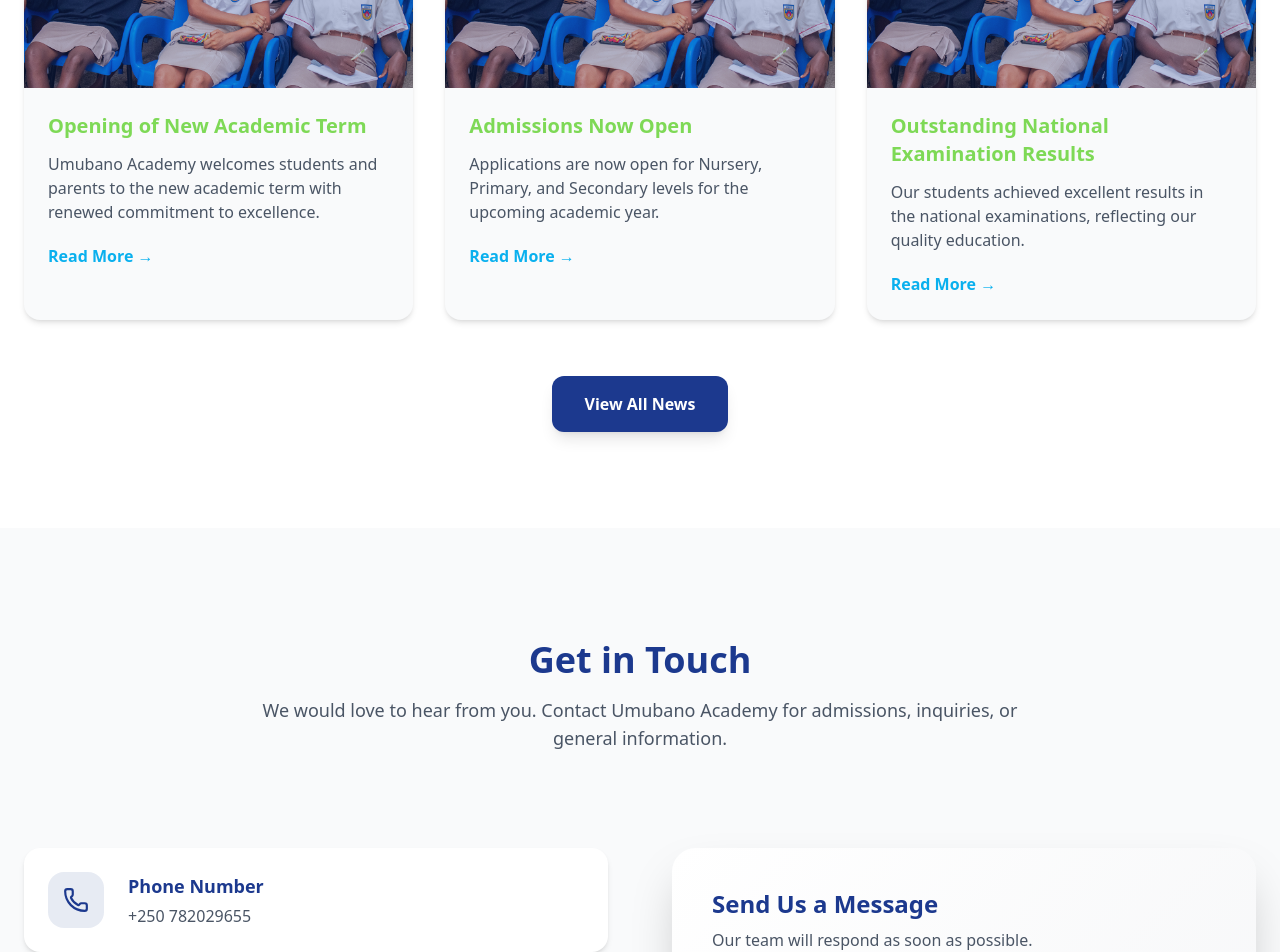
Repository: Umubano-Academy/umubano-academy-website
Page: /
The author's editor kept a copy of each file at every save. The page is drawn from the files as they stood at one save, then again after the next save.
The browser window is 1280 px wide. The pictures show the part of the page from y = 2332 to 3284 px (the page is 4935 px tall before and 4911 px after).
The project was rebuilt for these pictures with package versions that can differ from the ones it lists, and the page was loaded fresh each time. Also part of the build but not shown: vite.config.js, src/components/guest/Admission.jsx, src/components/guest/Academic.jsx, src/components/guest/About.jsx, src/components/admin/sidebar/data/menuData.js, src/components/admin/sidebar/SideBar.jsx, src/components/admin/Header/Header.jsx, src/components/admin/LayOut.jsx and 3 more.

Above is the page before, as saved 2026-01-13 19:03:43.

### index.html
<!doctype html>
<html lang="en">
  <head>
    <meta charset="UTF-8" />
    <!-- <link rel="icon" type="image/svg+xml" href="/vite.svg" /> -->
    <meta name="viewport" content="width=device-width, initial-scale=1.0" />
    <title>umubano-academy</title>
  </head>
  <body>
    <div id="root"></div>
    <script type="module" src="/src/main.jsx"></script>
  </body>
</html>

### src/App.jsx
import React from 'react'
import { BrowserRouter, Route, Routes } from 'react-router-dom'
import NavBar from './components/guest/NavBar'
import Hero from './components/guest/Hero'
import Event from './components/guest/Event'
import News from './components/guest/News'
import Layout from './components/guest/Layout'
import Home from './components/guest/Home'
import Admission from './components/guest/Admission'
import Academic from './components/guest/Academic'
import About from './components/guest/About'
import LayOut from './components/admin/LayOut'
import Dashboard from './components/admin/pages/Dashboard'
import Login from './components/guest/forms/Login'
import ResetPassword from './components/guest/forms/ResetPassword'


function App() {
  return (
    <BrowserRouter>

    <Routes>
      <Route path='/' element={<Layout />}>
      <Route index element={<Home />} />
      <Route path='/admission' element={<Admission />} />
      <Route path='/academic' element={<Academic />} />
      <Route path='/aboutus' element={<About />} />
      <Route path='/login' element={<Login />} />
      <Route path="/password-reset" element={<ResetPassword />} />
      </Route>

      <Route path='/admin' element={<LayOut />}>
      <Route index element={<Dashboard />} />
      </Route>
    </Routes>
    </BrowserRouter>

  )
}

export default App

### src/components/guest/NavBar.jsx
import React, { useState } from "react"
import { Menu, X, Phone, Mail, GraduationCap } from "lucide-react"
import { motion, AnimatePresence } from "framer-motion"
import logo from "../../assets/UALOGO.png"
import { Link } from "react-router-dom"

function NavBar() {
  const [open, setOpen] = useState(false)

  const navLinks = [
    "Home",
    "About",
    "Academics",
    "Admissions",
    "News",
    "Events",
    "Contact",
  ]

  return (
    <>
      {/* Top Info Bar */}
      <div className="hidden md:flex justify-between items-center px-8 py-2 bg-[#FFDE59] text-white text-sm">
        <div className="flex items-center gap-4">
          <span className="flex items-center gap-1 text-xl text-[#0AB0EE] font-medium">
            <Phone size={18} /> +250 782029655
          </span>
          <span className="flex text-xl items-center gap-1  text-[#0AB0EE] font-medium">
            <Mail size={18} /> info@umubanoacademy.rw
          </span>
        </div>
        <span className=" text-xl  text-[#0AB0EE] font-medium">Excellence in Education</span>
      </div>

      {/* Main Navbar */}
      <header className="sticky top-0 z-50 bg-white/80 backdrop-blur-xl shadow-sm">
        <div className="max-w-7xl mx-auto px-6">
          <div className="flex items-center justify-between h-20">

            {/* Logo */}
            <Link to="/" className="flex items-center gap-3">
              <img src={logo} alt="Umubano Academy Logo" className="w-16 h-16 object-contain" />
              {/* <div className="w-12 h-12 bg-blue-900 text-white flex items-center justify-center rounded-xl">
                <GraduationCap size={28} />
              </div> */}
              <div>
                <h1 className="text-xl font-bold text-blue-900">
                  Umubano Academy
                </h1>
                <p className="text-xs text-gray-500">
                  Knowledge • Discipline • Excellence
                </p>
              </div>
            </Link>

            {/* Desktop Menu */}
            <nav className="hidden lg:flex items-center gap-10">
              {navLinks.map((link) => (
                <a
                  key={link}
                  href={`/${link.toLowerCase()}`}
                  className="relative text-gray-700 font-medium hover:text-blue-900 transition group"
                >
                  {link}
                  <span className="absolute left-0 -bottom-1 w-0 h-0.5 bg-blue-900 transition-all group-hover:w-full"></span>
                </a>
              ))}
            </nav>

            {/* CTA */}
            <div className="hidden lg:flex">
              <a
                href="/login"
                className="bg-[#0AB0EE] text-white px-6 py-3 rounded-xl font-medium shadow-lg hover:shadow-xl transition"
              >
                Sign in
              </a>
            </div>

            {/* Mobile Menu Button */}
            <button
              onClick={() => setOpen(!open)}
              className="lg:hidden text-blue-900"
            >
              {open ? <X size={30} /> : <Menu size={30} />}
            </button>
          </div>
        </div>

        {/* Mobile Menu */}
        <AnimatePresence>
          {open && (
            <motion.div
              initial={{ opacity: 0, y: -20 }}
              animate={{ opacity: 1, y: 0 }}
              exit={{ opacity: 0, y: -20 }}
              transition={{ duration: 0.3 }}
              className="lg:hidden bg-white shadow-xl"
            >
              <div className="flex flex-col px-6 py-6 gap-6">
                {navLinks.map((link) => (
                  <a
                    key={link}
                    href={`/${link.toLowerCase()}`}
                    className="text-lg font-medium text-gray-700 hover:text-blue-900"
                    onClick={() => setOpen(false)}
                  >
                    {link}
                  </a>
                ))}

                <Link to="login"

                  className="mt-4 text-center bg-blue-900 text-white py-3 rounded-xl font-medium"
                >
                  Login
                </Link>
              </div>
            </motion.div>
          )}
        </AnimatePresence>
      </header>
    </>
  )
}

export default NavBar

### src/components/guest/Hero.jsx
import React from "react"
import { motion } from "framer-motion"
import heroImage from "../../assets/umubano.jpg"

function Hero() {
  return (
    <section
      className="relative h-screen flex items-center"
      style={{
        backgroundImage: `url(${heroImage})`,
        backgroundSize: "cover",
        backgroundPosition: "center",
      }}
    >
      {/* Overlay */}
      <div className="absolute inset-0 bg-gradient-to-r from-blue-900/90 via-blue-900/70 to-transparent"></div>

      {/* Content */}
      <div className="relative z-10 max-w-7xl mx-auto px-6">
        <motion.div
          initial={{ opacity: 0, y: 40 }}
          animate={{ opacity: 1, y: 0 }}
          transition={{ duration: 0.8 }}
          className="max-w-2xl text-white"
        >
          <span className="inline-block mb-4 px-4 py-2 bg-white/10 backdrop-blur rounded-full text-sm font-medium">
            Welcome to Umubano Academy
          </span>

          <h1 className="text-4xl md:text-6xl font-bold leading-tight mb-6">
            Shaping Future Leaders Through{" "}
            <span className="text-[#FFDE59]">Excellence in Education</span>
          </h1>

          <p className="text-lg md:text-xl text-gray-200 mb-10">
            Umubano Academy is committed to nurturing disciplined, innovative,
            and confident learners through quality education, strong values,
            and a supportive learning environment.
          </p>

          <div className="flex flex-col sm:flex-row gap-4">
            <a
              href="/admission"
              className="bg-[#7ED956] text-blue-900 px-8 py-4 rounded-xl font-semibold text-lg hover:bg-[#FFDE59] transition shadow-lg"
            >
              Admission&Requirement
            </a>

            <a
              href="/academic"
              className="border border-white/40 px-8 py-4 rounded-xl font-semibold text-lg text-black bg-[#D9D9D9] hover:bg-[#0AB0EE] hover:text-blue-900 transition"
            >
              Explore Academics
            </a>
          </div>
        </motion.div>
      </div>
    </section>
  )
}

export default Hero

### src/components/guest/Event.jsx
import React from "react"
import { motion } from "framer-motion"
import heroImage from "../../assets/umubano.jpg"

function Event() {
  const items = [
    {
      title: "Academic Excellence Awards",
      description:
        "Celebrating outstanding academic performance and dedication to learning.",
      image: heroImage,
    },
    {
      title: "Cultural & Talent Day",
      description:
        "Showcasing creativity, culture, and talent among our students.",
      image: heroImage,
    },
    {
      title: "Sports & Physical Activities",
      description:
        "Encouraging teamwork, discipline, and physical well-being.",
      image: heroImage,
    },
    {
      title: "Community Engagement",
      description:
        "Students participating in community service and social responsibility.",
      image: heroImage,
    },
    {
      title: "Science & Innovation Fair",
      description:
        "Promoting innovation, critical thinking, and creativity.",
      image: heroImage,
    },
    {
      title: "Graduation Ceremony",
      description:
        "Honoring our students’ academic journey and achievements.",
      image: heroImage,
    },
  ]

  return (
    <section className="py-24 bg-gray-50">
      <div className="max-w-7xl mx-auto px-6">

        {/* Section Header */}
        <motion.div
          initial={{ opacity: 0, y: 30 }}
          whileInView={{ opacity: 1, y: 0 }}
          viewport={{ once: true }}
          transition={{ duration: 0.6 }}
          className="text-center max-w-3xl mx-auto mb-16"
        >
          <h2 className="text-3xl md:text-4xl font-bold text-[#7ED956] mb-4">
            School Events & Gallery
          </h2>
          <p className="text-gray-600 text-lg">
            Explore moments from Umubano Academy’s academic, cultural, and
            extracurricular activities that shape well-rounded learners.
          </p>
        </motion.div>

        {/* Cards Grid */}
        <motion.div
          initial="hidden"
          whileInView="visible"
          viewport={{ once: true }}
          variants={{
            visible: {
              transition: {
                staggerChildren: 0.15,
              },
            },
          }}
          className="grid grid-cols-1 sm:grid-cols-2 lg:grid-cols-3 gap-8"
        >
          {items.map((item, index) => (
            <motion.div
              key={index}
              variants={{
                hidden: { opacity: 0, y: 40 },
                visible: { opacity: 1, y: 0 },
              }}
              transition={{ duration: 0.6 }}
              className="group bg-white rounded-2xl shadow-lg overflow-hidden hover:-translate-y-2 transition"
            >
              {/* Image */}
              <div className="relative h-56 overflow-hidden">
                <img
                  src={item.image}
                  alt={item.title}
                  className="w-full h-full object-cover group-hover:scale-110 transition duration-500"
                />
                <div className="absolute inset-0 bg-blue-900/30 group-hover:bg-blue-900/50 transition"></div>
              </div>

              {/* Content */}
              <div className="p-6">
                <h3 className="text-xl font-semibold text-[#7ED956] mb-2">
                  {item.title}
                </h3>
                <p className="text-gray-600">
                  {item.description}
                </p>
              </div>
            </motion.div>
          ))}
        </motion.div>
      </div>
    </section>
  )
}

export default Event

### src/components/guest/News.jsx
import React from "react"
import { motion } from "framer-motion"
import heroImage from "../../assets/umubano.jpg"

function News() {
  const newsList = [
    {
      title: "Opening of New Academic Term",
      date: "September 10, 2026",
      description:
        "Umubano Academy welcomes students and parents to the new academic term with renewed commitment to excellence.",
      image: heroImage,
    },
    {
      title: "Admissions Now Open",
      date: "August 25, 2026",
      description:
        "Applications are now open for Nursery, Primary, and Secondary levels for the upcoming academic year.",
      image: heroImage,
    },
    {
      title: "Outstanding National Examination Results",
      date: "July 30, 2026",
      description:
        "Our students achieved excellent results in the national examinations, reflecting our quality education.",
      image: heroImage,
    },
  ]

  return (
    <section className="py-24 bg-white">
      <div className="max-w-7xl mx-auto px-6">

        {/* Section Header */}
        <motion.div
          initial={{ opacity: 0, y: 30 }}
          whileInView={{ opacity: 1, y: 0 }}
          viewport={{ once: true }}
          transition={{ duration: 0.6 }}
          className="text-center max-w-3xl mx-auto mb-16"
        >
          <h2 className="text-3xl md:text-4xl font-bold text-[#7ED956] mb-4">
            News & Announcements
          </h2>
          <p className="text-gray-600 text-lg">
            Stay informed with the latest updates, events, and important
            announcements from Umubano Academy.
          </p>
        </motion.div>

        {/* News Grid */}
        <motion.div
          initial="hidden"
          whileInView="visible"
          viewport={{ once: true }}
          variants={{
            visible: {
              transition: { staggerChildren: 0.15 },
            },
          }}
          className="grid grid-cols-1 md:grid-cols-2 lg:grid-cols-3 gap-8"
        >
          {newsList.map((news, index) => (
            <motion.article
              key={index}
              variants={{
                hidden: { opacity: 0, y: 40 },
                visible: { opacity: 1, y: 0 },
              }}
              transition={{ duration: 0.6 }}
              className="bg-gray-50 rounded-2xl shadow-md hover:shadow-xl transition overflow-hidden group"
            >
              {/* Image */}
              <div className="relative h-48 overflow-hidden">
                <img
                  src={news.image}
                  alt={news.title}
                  className="w-full h-full object-cover group-hover:scale-110 transition duration-500"
                />
                <div className="absolute inset-0 bg-blue-900/30"></div>

                {/* Date Badge */}
                <span className="absolute top-4 left-4 bg-[#FFDE59] text-blue-900 px-3 py-1 rounded-full text-sm font-semibold">
                  {news.date}
                </span>
              </div>

              {/* Content */}
              <div className="p-6">
                <h3 className="text-xl font-semibold text-[#7ED956] mb-3">
                  {news.title}
                </h3>
                <p className="text-gray-600 mb-5">
                  {news.description}
                </p>

                <a
                  href="#"
                  className="text-[#0AB0EE] font-semibold hover:text-blue-700 transition"
                >
                  Read More →
                </a>
              </div>
            </motion.article>
          ))}
        </motion.div>

        {/* View All */}
        <div className="text-center mt-14">
          <a
            href="/news"
            className="inline-block bg-blue-900 text-white px-8 py-4 rounded-xl font-semibold hover:bg-blue-800 transition shadow-lg"
          >
            View All News
          </a>
        </div>

      </div>
    </section>
  )
}

export default News

### src/components/guest/Layout.jsx
import React from 'react'
import NavBar from './NavBar'
import { Outlet } from 'react-router-dom'
import Footer from './Footer'


function Layout() {
  return (
    <div>
      <NavBar />

      <div>
        <Outlet />
      </div>
      <div>
        <Footer />
      </div>
    </div>
  )
}

export default Layout

### src/components/guest/Home.jsx
import React from 'react'
import NavBar from './NavBar'
import Hero from './Hero'
import Event from './Event'
import News from './News'
import Contact from './Contact'

function Home() {
  return (
    <div>
      <Hero />
      <Event />
      <News />
      <Contact />

    </div>
  )
}

export default Home

### src/components/guest/Footer.jsx
import React from "react"
import {
  Phone,
  Mail,
  MapPin,
  Facebook,
  Twitter,
  Instagram,
  GraduationCap,
} from "lucide-react"
import logo from "../../assets/UALOGO.png"

function Footer() {
  return (
    <footer className="bg-[#0AB0EE] text-white">
      <div className="max-w-7xl mx-auto px-6 py-20">

        {/* Top Section */}
        <div className="grid grid-cols-1 md:grid-cols-2 lg:grid-cols-4 gap-12">

          {/* School Info */}
          <div>
            <div className="flex items-center gap-3 mb-6">
              <img src={logo} alt="Umubano Academy Logo" className="w-16 h-16 object-contain" />
              <h3 className="text-xl font-bold text-white">
                Umubano Academy
              </h3>
            </div>
            <p className="text-white leading-relaxed">
              Umubano Academy is dedicated to providing quality education,
              strong values, and a nurturing environment that shapes future
              leaders.
            </p>
          </div>

          {/* Quick Links */}
          <div>
            <h4 className="text-lg font-semibold text-white mb-6">
              Quick Links
            </h4>
            <ul className="space-y-4">
              {[
                "Home",
                "About Us",
                "Academics",
                "Admissions",
                "News",
                "Contact",
              ].map((link) => (
                <li key={link}>
                  <a
                    href={`/${link.toLowerCase().replace(" ", "")}`}
                    className="hover:text-yellow-400 transition"
                  >
                    {link}
                  </a>
                </li>
              ))}
            </ul>
          </div>

          {/* Contact Info */}
          <div>
            <h4 className="text-lg font-semibold text-white mb-6">
              Contact Us
            </h4>
            <ul className="space-y-4">
              <li className="flex items-start gap-3">
                <Phone size={18} className="text-yellow-400 mt-1" />
                <span>+250 782029655</span>
              </li>
              <li className="flex items-start gap-3">
                <Mail size={18} className="text-yellow-400 mt-1" />
                <span>info@umubanoacademy.rw</span>
              </li>
              <li className="flex items-start gap-3">
                <MapPin size={18} className="text-yellow-400 mt-1" />
                <span>
                  Kigali City, Kicukiro District, Kabeza
                </span>
              </li>
            </ul>
          </div>

          {/* Motto & Social */}
          <div>
            <h4 className="text-lg font-semibold text-white mb-6">
              Our Motto
            </h4>
            <p className="italic mb-6">
              “Knowledge, Discipline & Excellence”
            </p>

            <div className="flex gap-4">
              <a
                href="#"
                className="w-10 h-10 bg-white/10 flex items-center justify-center rounded-full hover:bg-yellow-400 hover:text-blue-900 transition"
              >
                <Facebook size={18} />
              </a>
              <a
                href="#"
                className="w-10 h-10 bg-white/10 flex items-center justify-center rounded-full hover:bg-yellow-400 hover:text-blue-900 transition"
              >
                <Twitter size={18} />
              </a>
              <a
                href="#"
                className="w-10 h-10 bg-white/10 flex items-center justify-center rounded-full hover:bg-yellow-400 hover:text-blue-900 transition"
              >
                <Instagram size={18} />
              </a>
            </div>
          </div>

        </div>
      </div>

      {/* Bottom Bar */}
      <div className="border-t border-white/10 py-6 text-center text-sm text-white">
        © {new Date().getFullYear()} Umubano Academy. All rights reserved.
      </div>
    </footer>
  )
}

export default Footer

Loaded but not shown: src/main.jsx (common file); src/index.css (common file); src/components/guest/Contact.jsx (156 lines, source omitted)

After the next save:
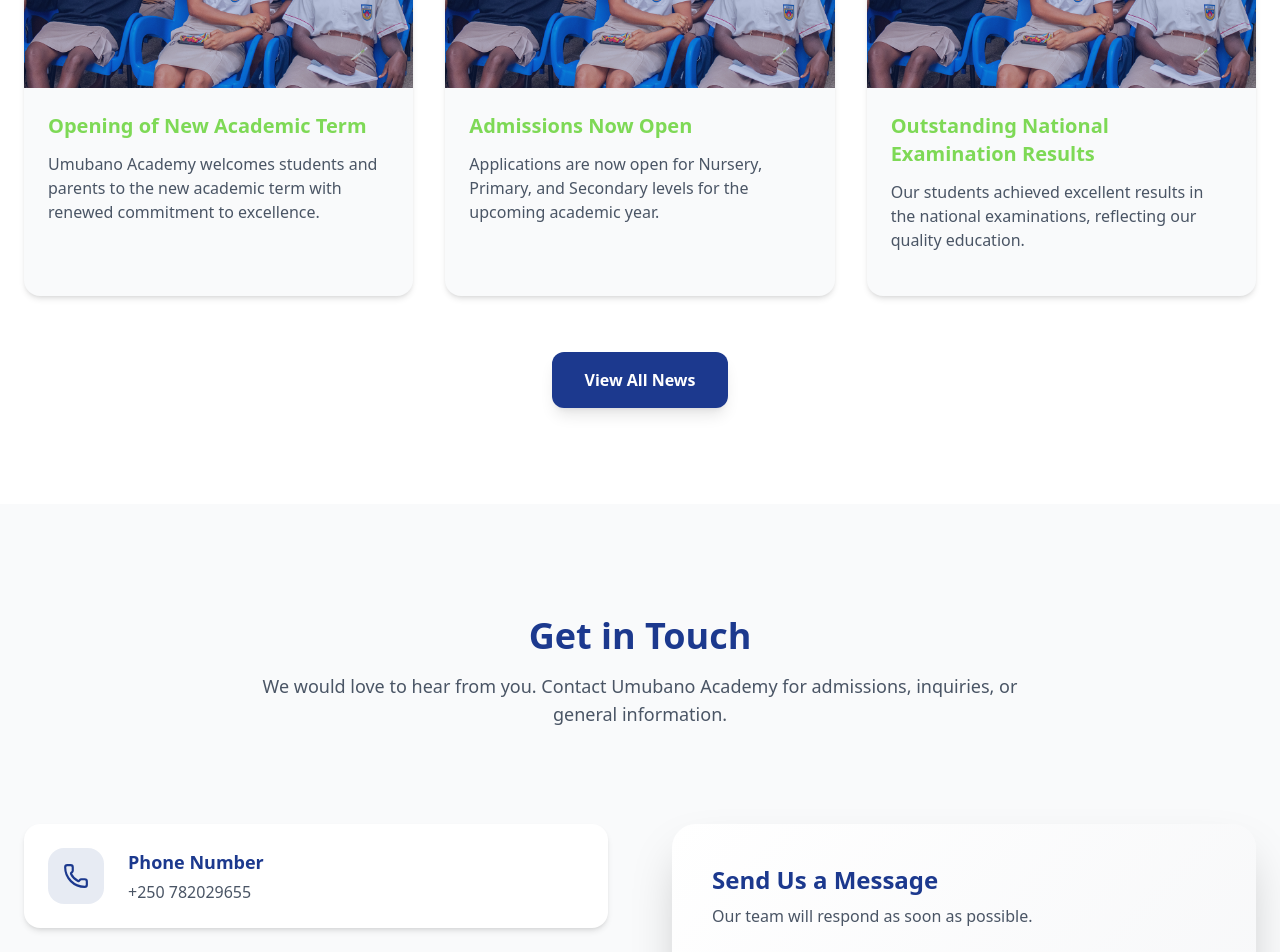
Saved 15 s later.
--- a/src/components/guest/News.jsx
+++ b/src/components/guest/News.jsx
@@ -94,12 +94,7 @@
                   {news.description}
                 </p>
 
-                <a
-                  href="#"
-                  className="text-[#0AB0EE] font-semibold hover:text-blue-700 transition"
-                >
-                  Read More →
-                </a>
+
               </div>
             </motion.article>
           ))}
